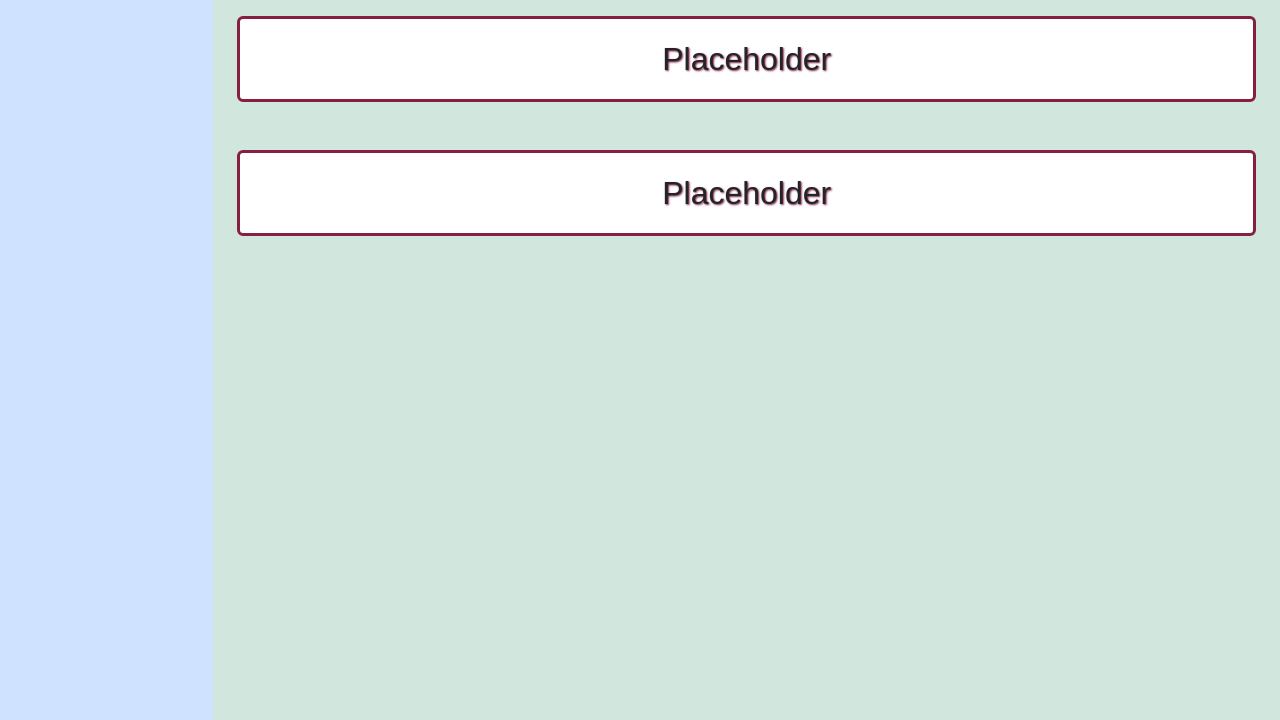
Repository: chancellor-w-whitaker/bec-tab
Page: /
These files come from the project's save history. The page is drawn as it stood at one moment and after the next save; the edit follows.
The browser window is 1280 px wide. The pictures show the whole page.
Some web fonts or font styles are not loaded; a fallback is used. The project was rebuilt for these pictures with package versions that can differ from the ones it lists, and the page was loaded fresh each time. Also part of the build but not shown: vite.config.js.

Above is the page before, as saved 2024-01-08 22:13:36.

### src/main.jsx
// Bootstrap Bundle JS
import "bootstrap/dist/js/bootstrap.bundle.min";
// Bootstrap CSS
import "bootstrap/dist/css/bootstrap.min.css";
import ReactDOM from "react-dom/client";
import React from "react";

import App from "./CleanedApp.jsx";
import "./index.css";

ReactDOM.createRoot(document.getElementById("root")).render(
  <React.StrictMode>
    <App />
  </React.StrictMode>
);

### src/CleanedApp.jsx
const CleanedApp = () => {
  return (
    <>
      <div className="container-fluid">
        <div className="row">
          <Sidebar></Sidebar>
          <MainContent></MainContent>
        </div>
      </div>
    </>
  );
};

const Sidebar = () => {
  return (
    <>
      <div className="col-md-3 col-xl-2 p-3 bg-primary-subtle sidebar-lg-sticky overflow-auto text-break"></div>
    </>
  );
};

const MainContent = () => {
  return (
    <>
      <div className="col-md-9 col-xl-10 ms-sm-auto px-md-4 py-3 bg-success-subtle">
        <div className="d-flex flex-column gap-5">
          <SecondaryContentBlock></SecondaryContentBlock>
          <SecondaryContentBlock></SecondaryContentBlock>
        </div>
      </div>
    </>
  );
};

const SecondaryContentBlock = ({ title = "Placeholder", children }) => {
  return (
    <div className="bg-white rounded p-3 d-flex flex-column gap-1 eku-border">
      <div className="fs-2 eku-text-shadow text-center">{title}</div>
      {children}
    </div>
  );
};

const TertiaryContentBlock = ({ title = "Inner Placeholder", children }) => {
  return (
    <div className="p-2 d-flex flex-column gap-1">
      <div className="fs-3 text-center">{title}</div>
      {children}
    </div>
  );
};

export default CleanedApp;

### src/index.css
@font-face {
  font-family: poppins;
  font-style: normal;
  font-weight: 400;
  src: local("Poppins"),
    url(https://fonts.cdnfonts.com/s/16009/Poppins-Regular.woff) format("woff");
}
@font-face {
  font-family: poppins;
  font-style: normal;
  font-weight: 400;
  src: local("Poppins"),
    url(https://fonts.cdnfonts.com/s/16009/Poppins-Regular.woff) format("woff");
}
@font-face {
  font-family: poppins;
  font-style: italic;
  font-weight: 400;
  src: local("Poppins"),
    url(https://fonts.cdnfonts.com/s/16009/Poppins-Italic.woff) format("woff");
}
@font-face {
  font-family: poppins;
  font-style: italic;
  font-weight: 400;
  src: local("Poppins"),
    url(https://fonts.cdnfonts.com/s/16009/Poppins-Italic.woff) format("woff");
}
@font-face {
  font-family: poppins;
  font-style: normal;
  font-weight: 250;
  src: local("Poppins"),
    url(https://fonts.cdnfonts.com/s/16009/Poppins-Thin.woff) format("woff");
}
@font-face {
  font-family: poppins;
  font-style: normal;
  font-weight: 250;
  src: local("Poppins"),
    url(https://fonts.cdnfonts.com/s/16009/Poppins-Thin.woff) format("woff");
}
@font-face {
  font-family: poppins;
  font-style: italic;
  font-weight: 250;
  src: local("Poppins"),
    url(https://fonts.cdnfonts.com/s/16009/Poppins-ThinItalic.woff)
      format("woff");
}
@font-face {
  font-family: poppins;
  font-style: italic;
  font-weight: 250;
  src: local("Poppins"),
    url(https://fonts.cdnfonts.com/s/16009/Poppins-ThinItalic.woff)
      format("woff");
}
@font-face {
  font-family: poppins;
  font-style: normal;
  font-weight: 275;
  src: local("Poppins"),
    url(https://fonts.cdnfonts.com/s/16009/Poppins-ExtraLight.woff)
      format("woff");
}
@font-face {
  font-family: poppins;
  font-style: normal;
  font-weight: 275;
  src: local("Poppins"),
    url(https://fonts.cdnfonts.com/s/16009/Poppins-ExtraLight.woff)
      format("woff");
}
@font-face {
  font-family: poppins;
  font-style: italic;
  font-weight: 275;
  src: local("Poppins"),
    url(https://fonts.cdnfonts.com/s/16009/Poppins-ExtraLightItalic.woff)
      format("woff");
}
@font-face {
  font-family: poppins;
  font-style: italic;
  font-weight: 275;
  src: local("Poppins"),
    url(https://fonts.cdnfonts.com/s/16009/Poppins-ExtraLightItalic.woff)
      format("woff");
}
@font-face {
  font-family: poppins;
  font-style: normal;
  font-weight: 300;
  src: local("Poppins"),
    url(https://fonts.cdnfonts.com/s/16009/Poppins-Light.woff) format("woff");
}
@font-face {
  font-family: poppins;
  font-style: normal;
  font-weight: 300;
  src: local("Poppins"),
    url(https://fonts.cdnfonts.com/s/16009/Poppins-Light.woff) format("woff");
}
@font-face {
  font-family: poppins;
  font-style: italic;
  font-weight: 300;
  src: local("Poppins"),
    url(https://fonts.cdnfonts.com/s/16009/Poppins-LightItalic.woff)
      format("woff");
}
@font-face {
  font-family: poppins;
  font-style: italic;
  font-weight: 300;
  src: local("Poppins"),
    url(https://fonts.cdnfonts.com/s/16009/Poppins-LightItalic.woff)
      format("woff");
}
@font-face {
  font-family: poppins;
  font-style: normal;
  font-weight: 500;
  src: local("Poppins"),
    url(https://fonts.cdnfonts.com/s/16009/Poppins-Medium.woff) format("woff");
}
@font-face {
  font-family: poppins;
  font-style: normal;
  font-weight: 500;
  src: local("Poppins"),
    url(https://fonts.cdnfonts.com/s/16009/Poppins-Medium.woff) format("woff");
}
@font-face {
  font-family: poppins;
  font-style: italic;
  font-weight: 500;
  src: local("Poppins"),
    url(https://fonts.cdnfonts.com/s/16009/Poppins-MediumItalic.woff)
      format("woff");
}
@font-face {
  font-family: poppins;
  font-style: italic;
  font-weight: 500;
  src: local("Poppins"),
    url(https://fonts.cdnfonts.com/s/16009/Poppins-MediumItalic.woff)
      format("woff");
}
@font-face {
  font-family: poppins;
  font-style: normal;
  font-weight: 600;
  src: local("Poppins"),
    url(https://fonts.cdnfonts.com/s/16009/Poppins-SemiBold.woff) format("woff");
}
@font-face {
  font-family: poppins;
  font-style: normal;
  font-weight: 600;
  src: local("Poppins"),
    url(https://fonts.cdnfonts.com/s/16009/Poppins-SemiBold.woff) format("woff");
}
@font-face {
  font-family: poppins;
  font-style: italic;
  font-weight: 600;
  src: local("Poppins"),
    url(https://fonts.cdnfonts.com/s/16009/Poppins-SemiBoldItalic.woff)
      format("woff");
}
@font-face {
  font-family: poppins;
  font-style: italic;
  font-weight: 600;
  src: local("Poppins"),
    url(https://fonts.cdnfonts.com/s/16009/Poppins-SemiBoldItalic.woff)
      format("woff");
}
@font-face {
  font-family: poppins;
  font-style: normal;
  font-weight: 700;
  src: local("Poppins"),
    url(https://fonts.cdnfonts.com/s/16009/Poppins-Bold.woff) format("woff");
}
@font-face {
  font-family: poppins;
  font-style: normal;
  font-weight: 700;
  src: local("Poppins"),
    url(https://fonts.cdnfonts.com/s/16009/Poppins-Bold.woff) format("woff");
}
@font-face {
  font-family: poppins;
  font-style: italic;
  font-weight: 700;
  src: local("Poppins"),
    url(https://fonts.cdnfonts.com/s/16009/Poppins-BoldItalic.woff)
      format("woff");
}
@font-face {
  font-family: poppins;
  font-style: italic;
  font-weight: 700;
  src: local("Poppins"),
    url(https://fonts.cdnfonts.com/s/16009/Poppins-BoldItalic.woff)
      format("woff");
}
@font-face {
  font-family: poppins;
  font-style: normal;
  font-weight: 800;
  src: local("Poppins"),
    url(https://fonts.cdnfonts.com/s/16009/Poppins-ExtraBold.woff)
      format("woff");
}
@font-face {
  font-family: poppins;
  font-style: normal;
  font-weight: 800;
  src: local("Poppins"),
    url(https://fonts.cdnfonts.com/s/16009/Poppins-ExtraBold.woff)
      format("woff");
}
@font-face {
  font-family: poppins;
  font-style: italic;
  font-weight: 800;
  src: local("Poppins"),
    url(https://fonts.cdnfonts.com/s/16009/Poppins-ExtraBoldItalic.woff)
      format("woff");
}
@font-face {
  font-family: poppins;
  font-style: italic;
  font-weight: 800;
  src: local("Poppins"),
    url(https://fonts.cdnfonts.com/s/16009/Poppins-ExtraBoldItalic.woff)
      format("woff");
}
@font-face {
  font-family: poppins;
  font-style: normal;
  font-weight: 900;
  src: local("Poppins"),
    url(https://fonts.cdnfonts.com/s/16009/Poppins-Black.woff) format("woff");
}
@font-face {
  font-family: poppins;
  font-style: normal;
  font-weight: 900;
  src: local("Poppins"),
    url(https://fonts.cdnfonts.com/s/16009/Poppins-Black.woff) format("woff");
}
@font-face {
  font-family: poppins;
  font-style: italic;
  font-weight: 900;
  src: local("Poppins"),
    url(https://fonts.cdnfonts.com/s/16009/Poppins-BlackItalic.woff)
      format("woff");
}
@font-face {
  font-family: poppins;
  font-style: italic;
  font-weight: 900;
  src: local("Poppins"),
    url(https://fonts.cdnfonts.com/s/16009/Poppins-BlackItalic.woff)
      format("woff");
}

:root,
[data-bs-theme="light"] {
  --eku-maroon: #861f41;

  --bs-font-sans-serif: "Poppins", sans-serif;

  --bs-box-shadow: 0px 3px 3px -2px rgba(0, 0, 0, 0.2),
    0px 3px 4px 0px rgba(0, 0, 0, 0.14), 0px 1px 8px 0px rgba(0, 0, 0, 0.12);
  --bs-box-shadow-sm: 0px 3px 1px -2px rgba(0, 0, 0, 0.2),
    0px 2px 2px 0px rgba(0, 0, 0, 0.14), 0px 1px 5px 0px rgba(0, 0, 0, 0.12);
  --bs-box-shadow-lg: 0px 2px 4px -1px rgba(0, 0, 0, 0.2),
    0px 4px 5px 0px rgba(0, 0, 0, 0.14), 0px 1px 10px 0px rgba(0, 0, 0, 0.12);
}

@media (min-width: 768px) {
  .sidebar-lg-sticky {
    inset-block-start: 0;
    position: sticky;
    height: 100vh;
  }
}

.eku-border {
  border: 3px solid var(--eku-maroon);
}

.eku-text-shadow {
  text-shadow: 1px 1px 2px var(--eku-maroon);
}

Loaded but not shown: index.html (common file)

After the next save:
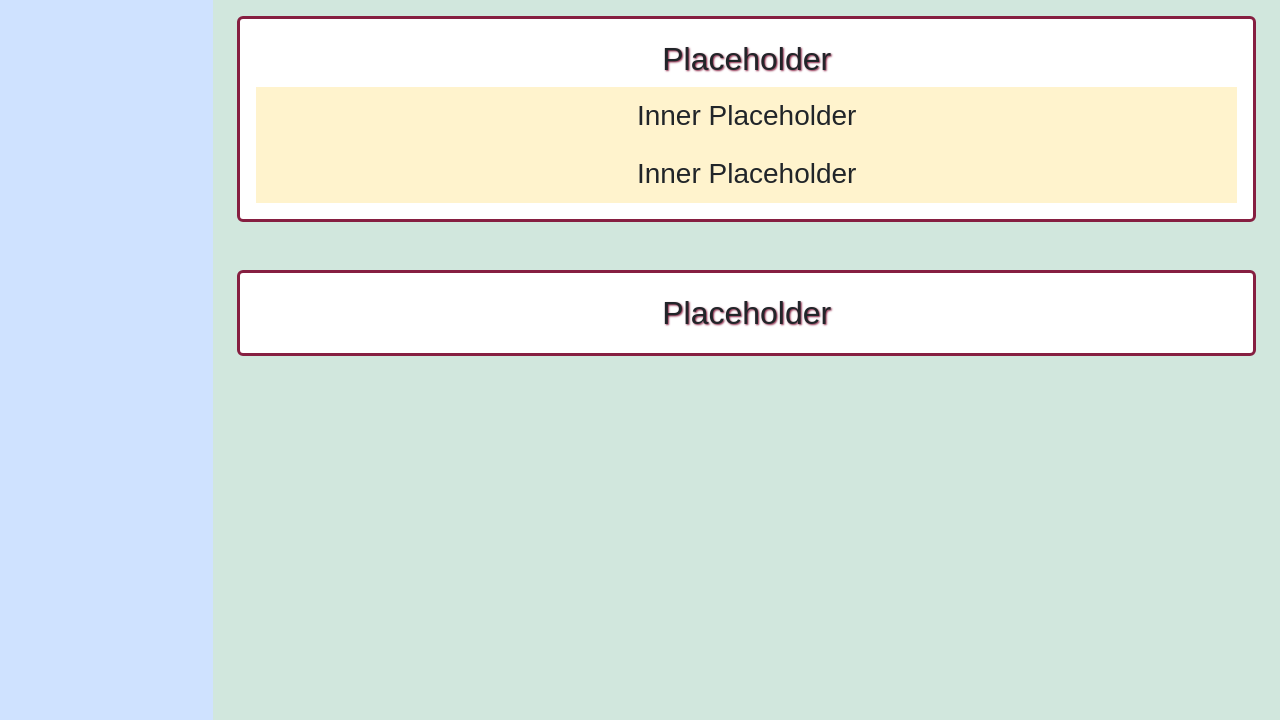
Saved 44 s later.
--- a/src/CleanedApp.jsx
+++ b/src/CleanedApp.jsx
@@ -24,7 +24,12 @@ const MainContent = () => {
     <>
       <div className="col-md-9 col-xl-10 ms-sm-auto px-md-4 py-3 bg-success-subtle">
         <div className="d-flex flex-column gap-5">
-          <SecondaryContentBlock></SecondaryContentBlock>
+          <SecondaryContentBlock>
+            <div className="bg-warning-subtle">
+              <TertiaryContentBlock></TertiaryContentBlock>
+              <TertiaryContentBlock></TertiaryContentBlock>
+            </div>
+          </SecondaryContentBlock>
           <SecondaryContentBlock></SecondaryContentBlock>
         </div>
       </div>
